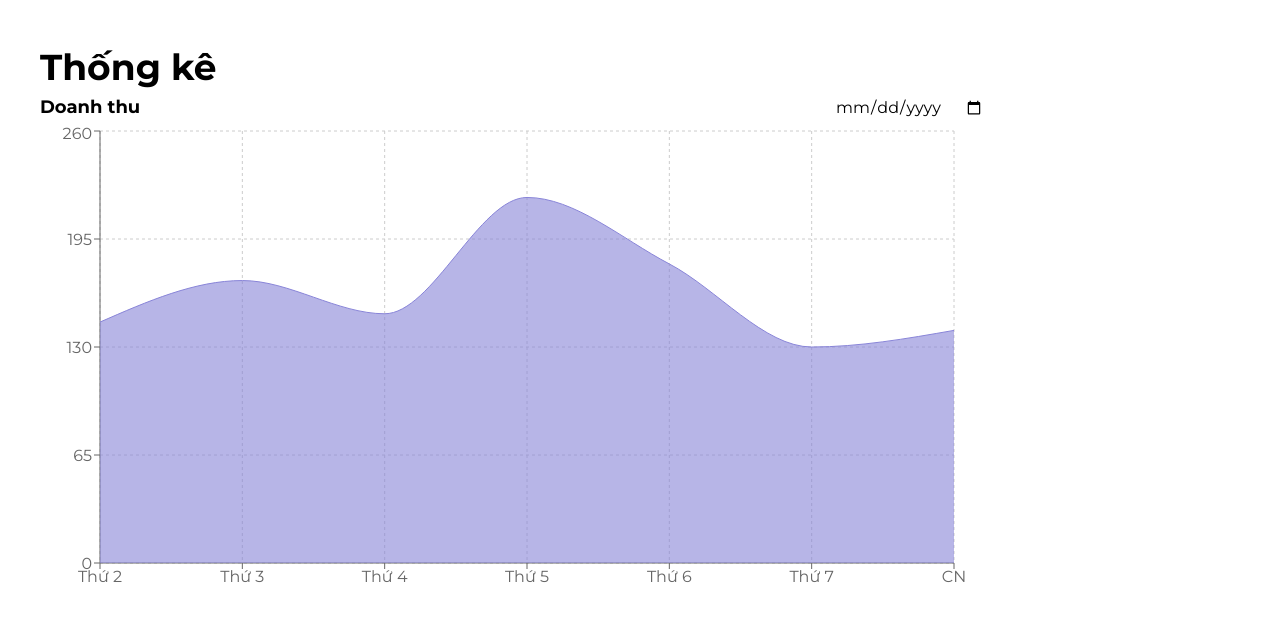
Repository: iphoneboy46/AltaMediaCMS
Page: /
The author's editor kept a copy of each file at every save. The page is drawn from the files as they stood at one save, then again after the next save.
The browser window is 1280 px wide. The pictures show the whole page.
Some web libraries are served in a nearby version. The project was rebuilt for these pictures with package versions that can differ from the ones it lists, and the page was loaded fresh each time.

Above is the page before, as saved 2023-03-26 22:14:50.

After the next save:
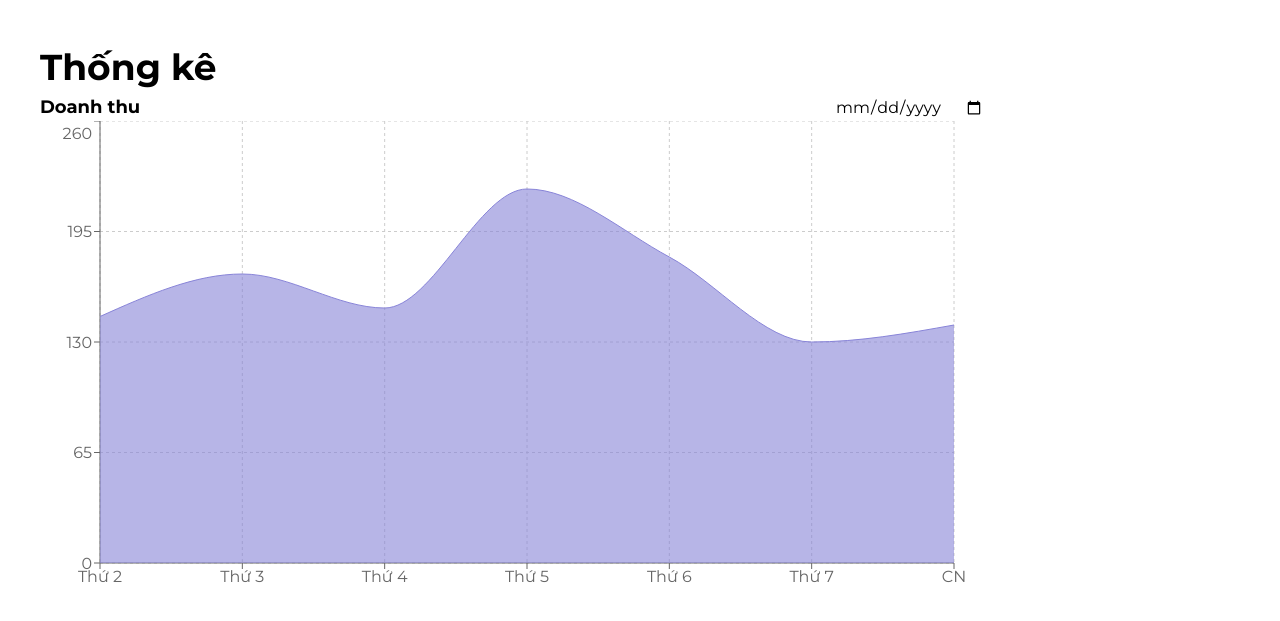
Saved 12 s later.
--- a/src/components/Charts/Charts.tsx
+++ b/src/components/Charts/Charts.tsx
@@ -57,7 +57,7 @@
           height={400}
           data={data}
           margin={{
-            top: 10,
+            top: 0,
             right: 30,
             left: 0,
             bottom: 0,
